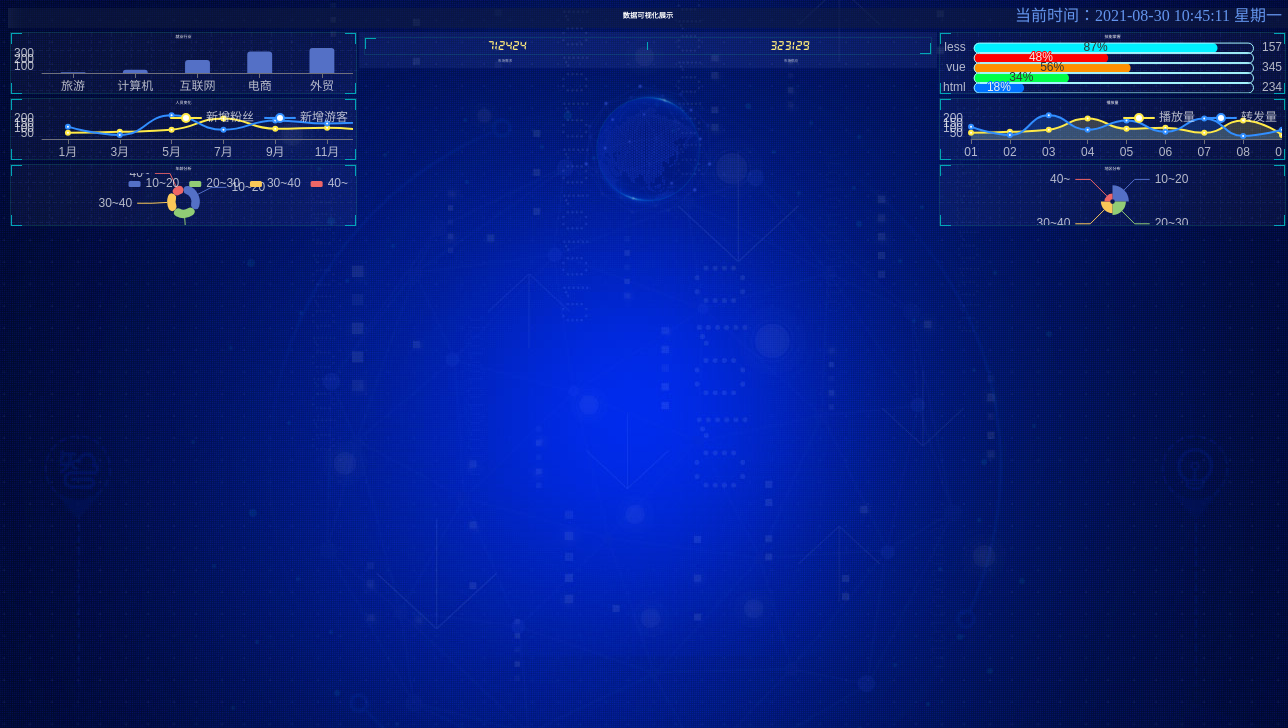
Repository: jiang-1990/DataVM
Page: /
An editor plug-in stored every save of this project. The page is shown before and after the next save, followed by the edit.
The browser window is 1280 px wide. The page is 1288 px wide, so the pictures cover 1288 px, including what lies to the right of the window. The pictures show the whole page.
The project was rebuilt for these pictures with package versions that can differ from the ones it lists, and the page was loaded fresh each time.

Above is the page before, as saved 2021-08-30 11:13:24.

After the next save:
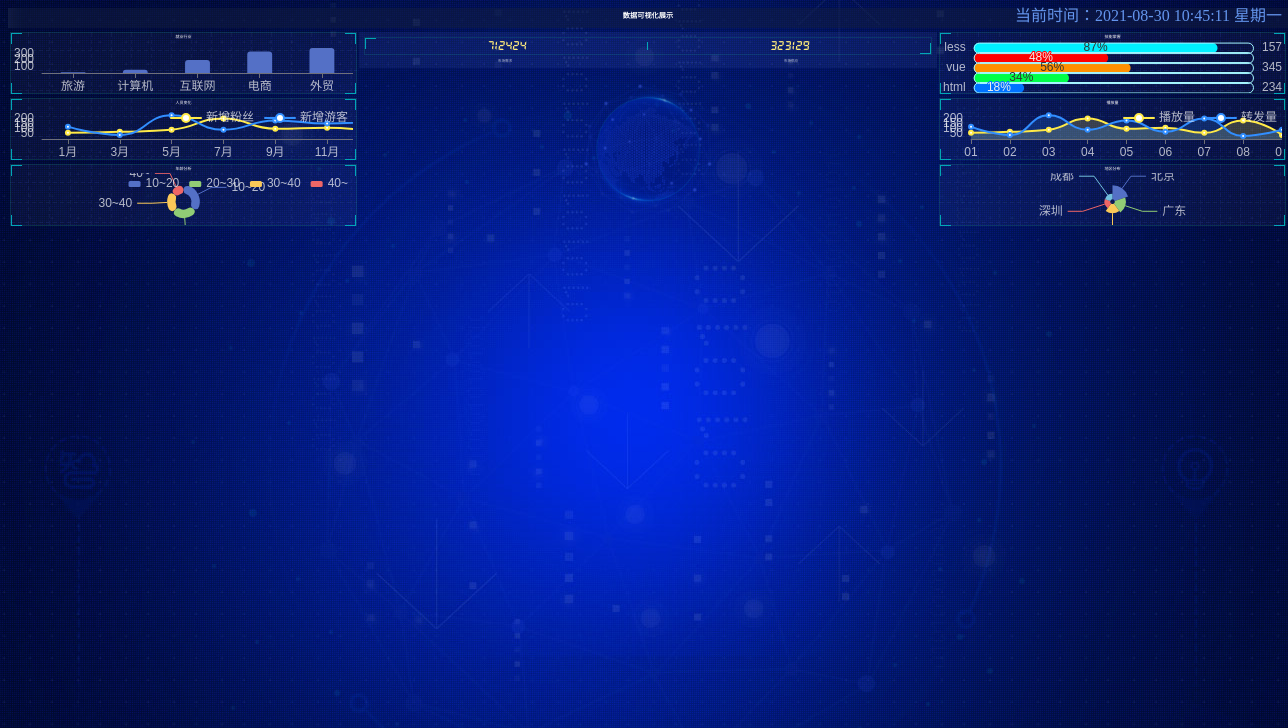
Saved 97 s later.
--- a/src/components/bigScreen.vue
+++ b/src/components/bigScreen.vue
@@ -148,10 +148,11 @@ export default {
               show: true,
             },
             data: [
-              { value: 735, name: "10~20" },
-              { value: 580, name: "20~30" },
-              { value: 484, name: "30~40" },
-              { value: 300, name: "40~" },
+              { value: 735, name: "北京" },
+              { value: 580, name: "广东" },
+              { value: 484, name: "上海" },
+              { value: 300, name: "深圳" },
+              { value: 289, name: "成都" },
             ],
           },
         ],
